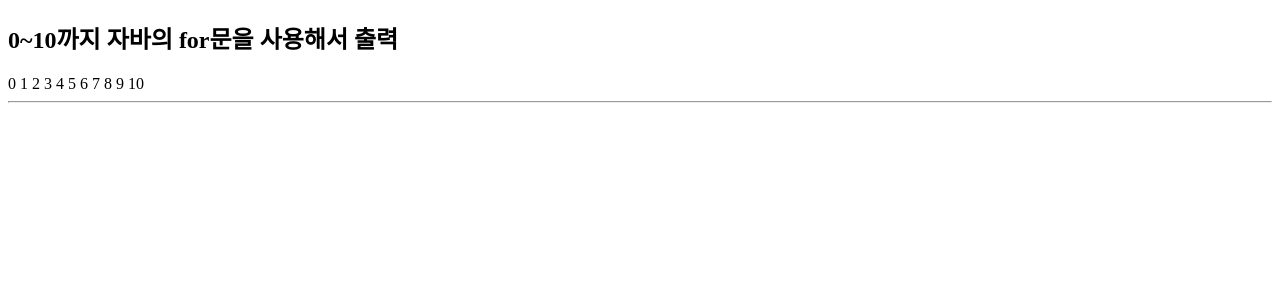
Repository: wjsjsn/23_jspstudy
Page: http://localhost/02_jsp/view/ex02_script.jsp
The author's editor kept a copy of each file at every save. The page is drawn from the files as they stood at one save, then again after the next save.
The browser window is 1280 px wide. The pictures show the whole page.
The page is served by Tomcat 9. Other server files are loaded and not shown.

Above is the page before, as saved 2023-07-04 01:13:38.

### 02_jsp/src/main/webapp/view/ex02_script.jsp
<%@ page language="java" contentType="text/html; charset=UTF-8"
    pageEncoding="UTF-8"%>
<!DOCTYPE html>
<html>
<head>
<meta charset="UTF-8">
<title>Insert title here</title>
</head>
<body>
<%--
 스크립트 요소 : HTML 안에서 실제 자바 코드를 사용할 수 있도록 만드는 요소
              1) 선언부 : <%! 내용 %>, 변수 선언이나 메서드 선언할 때 사용
              2) 스크립트릿 : <% 자바코드 %>, 자바 코드를 코딩할 때 사용
              3) 표현식 : <%=  %>, 변수값이나 메서드의 결과 등 저장돼 있는 결과값 출력
              ** 현재는 표현식 대신 표현 언어(EL과 JSTL 사용)

              ** 주의사항 : 선언부, 스크립트릿, 표현식을 포함해서(겹쳐서) 사용할 수 없음
--%>
	<h2>0~10까지 자바의 for문을 사용해서 출력</h2>
		<%for(int i = 0; i < 11; i++){ %>
			<%= i %>
		<%} %>
		<hr>
</body>
</html>

After the next save:
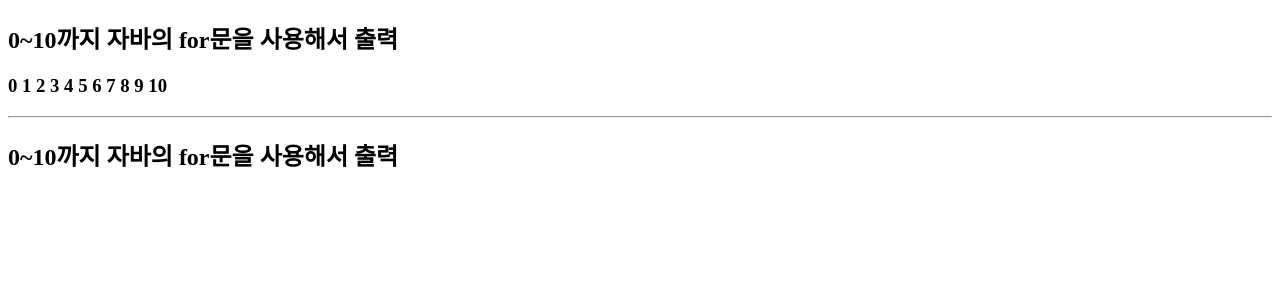
Saved 3 min 57 s later.
--- a/02_jsp/src/main/webapp/view/ex02_script.jsp
+++ b/02_jsp/src/main/webapp/view/ex02_script.jsp
@@ -17,9 +17,12 @@
               ** 주의사항 : 선언부, 스크립트릿, 표현식을 포함해서(겹쳐서) 사용할 수 없음
 --%>
 	<h2>0~10까지 자바의 for문을 사용해서 출력</h2>
+	<h3>
 		<%for(int i = 0; i < 11; i++){ %>
 			<%= i %>
 		<%} %>
+		</h3>
 		<hr>
+		<h2>0~10까지 자바의 for문을 사용해서 출력</h2>
 </body>
 </html>
